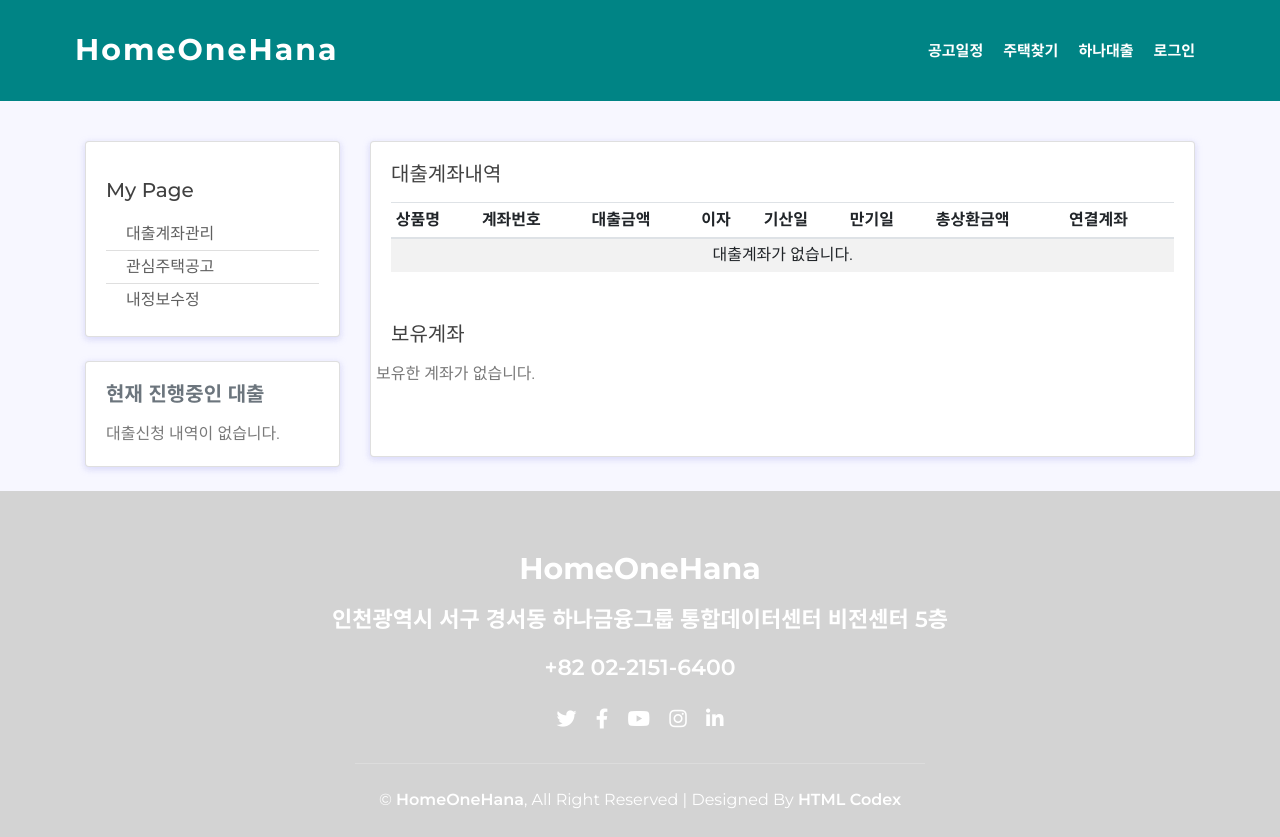
Repository: koposoftware/2021_10_syyoon
Page: http://localhost/HomeOneHana/WEB-INF/jsp/mypage/mypage.jsp
An editor plug-in stored every save of this project. The page is shown before and after the next save, followed by the edit.
The browser window is 1280 px wide. The pictures show the whole page.
Some icons come from a web library that is not loaded, so they are not drawn. Some web libraries are served in a nearby version. The page is served by Tomcat 9. Nobody is signed in. The template is opened directly, without the code that normally fills it, so the values that code supplies are empty.

Above is the page before, as saved 2021-09-15 11:50:22.

After the next save:
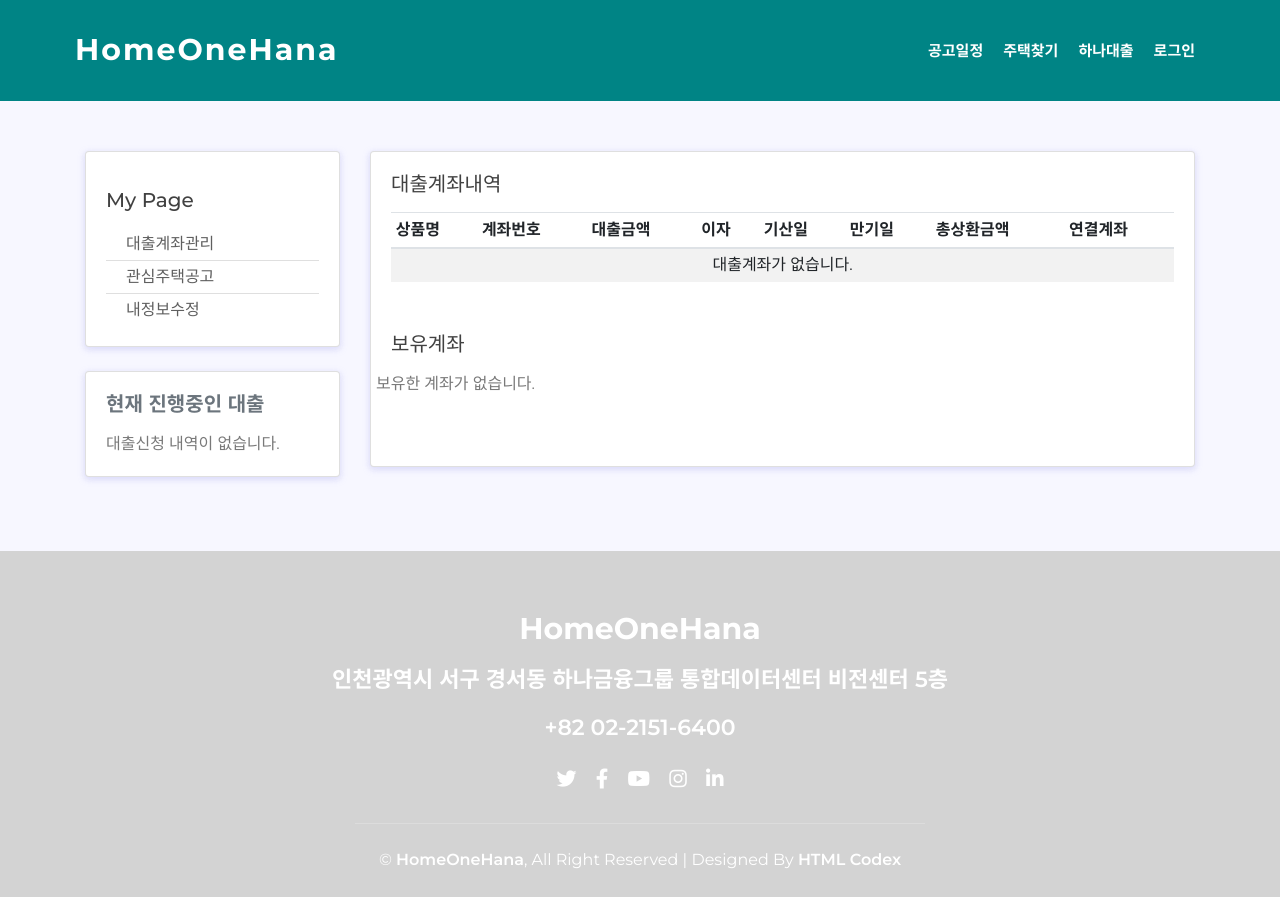
Saved 36 s later.
--- a/project/Spring-mvc/HomeOneHana/src/main/webapp/resources/css/mypage/mypage.css
+++ b/project/Spring-mvc/HomeOneHana/src/main/webapp/resources/css/mypage/mypage.css
@@ -3,7 +3,8 @@
 
 
 .body{
-padding-top:40px;
+padding-top:50px;
+padding-bottom:50px;
 background-color: #f7f7ff;
 }
 .card {
